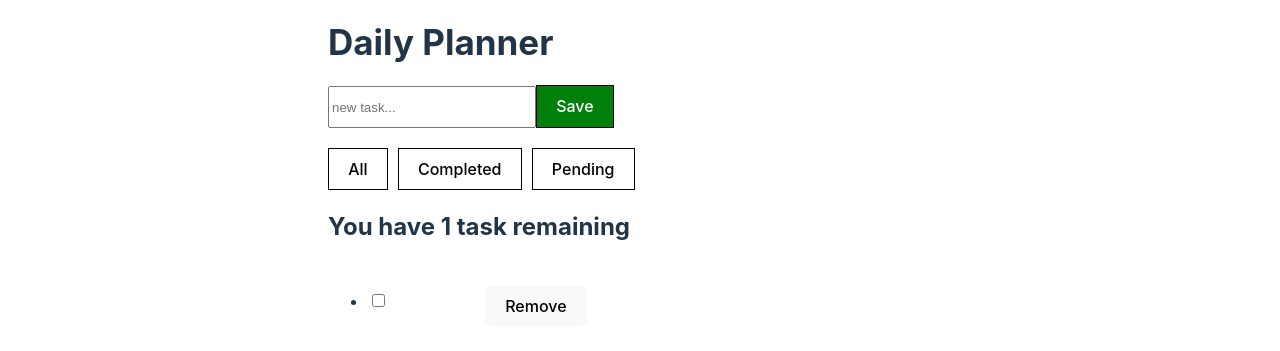
Repository: leslie179/lab4
Page: / (app in lab4/), after clicking the first element matching `button.save`
An editor plug-in stored every save of this project. The page is shown before and after the next save, followed by the edit.
The browser window is 1280 px wide. The pictures show the whole page.
The project was rebuilt for these pictures with package versions that can differ from the ones it lists, and the page was loaded fresh each time. Also part of the build but not shown: lab4/vite.config.js.

Above is the page before, as saved 2024-10-27 18:57:24.

After the next save:
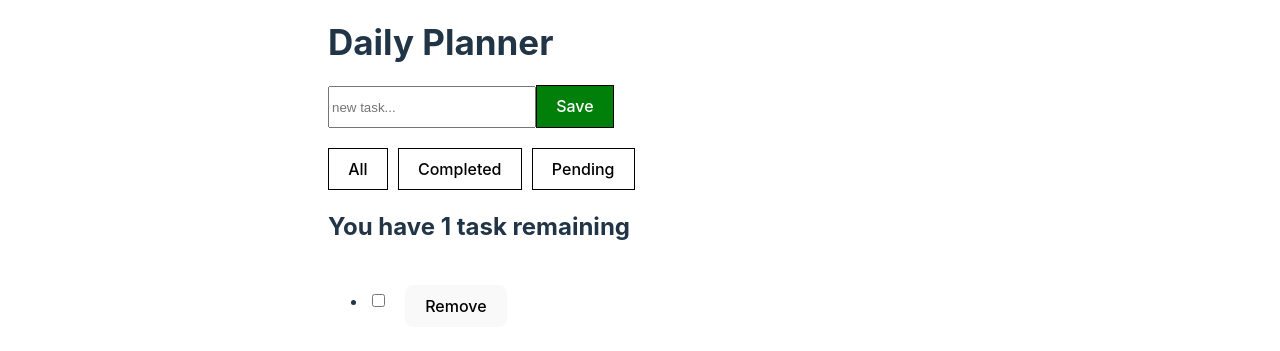
Saved 71 s later.
--- a/lab4/src/App.css
+++ b/lab4/src/App.css
@@ -39,7 +39,12 @@ h1{
 .task-font{
   font-weight: bold;
   font-size: 20px;
-  margin-right: 80px;
+  flex-grow: 1;
+  min-width: 150px;
+  max-width: 300px;
+  overflow: hidden;
+  text-overflow: ellipsis;
+  white-space: nowrap;
 }
 
 .h2{
